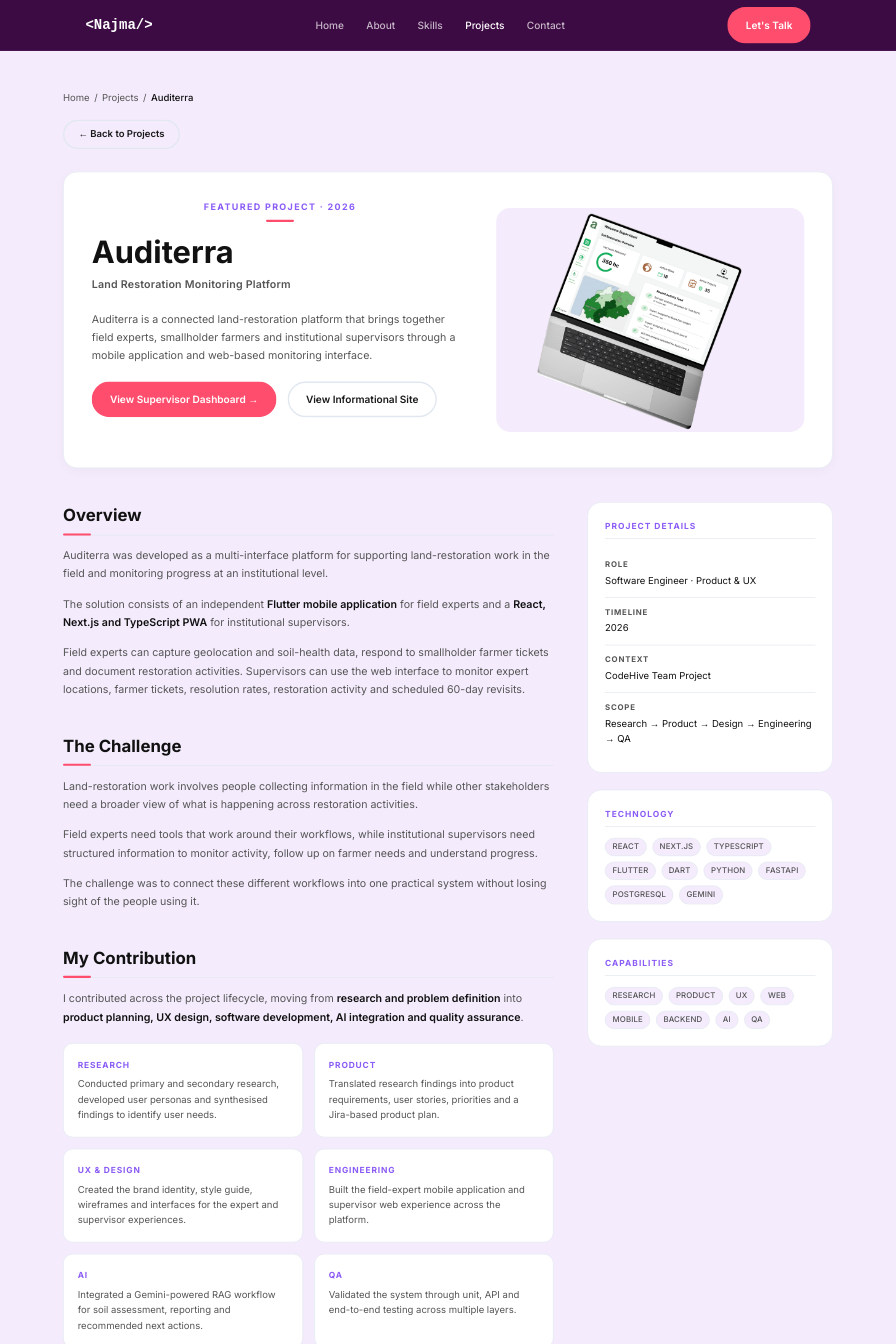
Repository: najmahares/portfolio
Page: project.html
An editor plug-in stored every save of this project. The page is shown before and after the next save, followed by the edit.
The browser window is 1280 px wide. The pictures show the part of the page from y = 0 to 1920 px (the page is 4496 px tall), at 70% of full size.

Above is the page before, as saved 2026-09-19 09:38:17.

### project.html
<!doctype html>
<html lang="en">
  <head>
    <meta charset="UTF-8" />
    <meta name="viewport" content="width=device-width, initial-scale=1.0" />

    <title>Auditerra | Najma Hares</title>

    <link rel="preconnect" href="https://fonts.googleapis.com" />
    <link rel="preconnect" href="https://fonts.gstatic.com" crossorigin />

    <link
      href="https://fonts.googleapis.com/css2?family=Inter:wght@300;400;500;600;700&display=swap"
      rel="stylesheet"
    />

    <link rel="stylesheet" href="css/style.css" />
  </head>

  <body>
    <!-- Navbar -->
    <nav class="navbar">
      <div class="container nav-container">
        <a href="index.html" class="logo">&lt;Najma/&gt;</a>

        <div class="nav-links">
          <a href="index.html">Home</a>
          <a href="index.html#about">About</a>
          <a href="index.html#skills">Skills</a>
          <a href="index.html#projects" class="active">Projects</a>
          <a href="index.html#contact">Contact</a>
        </div>

        <a href="mailto:haresnajma@gmail.com" class="btn btn-primary magnetic">
          Let's Talk
        </a>
      </div>
    </nav>

    <main class="container section">
      <!-- Breadcrumbs -->
      <div class="breadcrumbs reveal">
        <a href="index.html">Home</a> /
        <a href="index.html#projects">Projects</a> /
        <span>Auditerra</span>
      </div>

      <a href="index.html#projects" class="btn btn-outline back-btn reveal">
        ← Back to Projects
      </a>

      <!-- Project Header -->
      <header class="project-header card reveal">
        <div class="project-header-content">
          <span class="badge">FEATURED PROJECT · 2026</span>

          <h1>Auditerra</h1>

          <p class="project-subtitle">Land Restoration Monitoring Platform</p>

          <p>
            Auditerra is a connected land-restoration platform that brings
            together field experts, smallholder farmers and institutional
            supervisors through a mobile application and web-based monitoring
            interface.
          </p>

          <div class="hero-buttons">
            <a
              href="https://auditerra-34jr92d78-najmahares-projects.vercel.app/login"
              target="_blank"
              rel="noopener noreferrer"
              class="btn btn-primary magnetic"
            >
              View Supervisor Dashboard →
            </a>

            <a
              href="https://scisyncinformationalwebsite-q7egmp1cp-lavignenancys-projects.vercel.app/"
              target="_blank"
              rel="noopener noreferrer"
              class="btn btn-outline magnetic"
            >
              View Informational Site
            </a>
          </div>
        </div>

        <div
          class="project-header-img tilt-card"
          style="background-image: url(&quot;assets/Mockups.png&quot;)"
        ></div>
      </header>

      <!-- Project Body -->
      <div class="project-layout">
        <!-- Main Content -->
        <div class="project-main">
          <!-- Overview -->
          <section class="project-section reveal">
            <h2>Overview</h2>

            <p>
              Auditerra was developed as a multi-interface platform for
              supporting land-restoration work in the field and monitoring
              progress at an institutional level.
            </p>

            <p>
              The solution consists of an independent
              <strong>Flutter mobile application</strong> for field experts and
              a <strong>React, Next.js and TypeScript PWA</strong> for
              institutional supervisors.
            </p>

            <p>
              Field experts can capture geolocation and soil-health data,
              respond to smallholder farmer tickets and document restoration
              activities. Supervisors can use the web interface to monitor
              expert locations, farmer tickets, resolution rates, restoration
              activity and scheduled 60-day revisits.
            </p>
          </section>

          <!-- Challenge -->
          <section class="project-section reveal">
            <h2>The Challenge</h2>

            <p>
              Land-restoration work involves people collecting information in
              the field while other stakeholders need a broader view of what is
              happening across restoration activities.
            </p>

            <p>
              Field experts need tools that work around their workflows, while
              institutional supervisors need structured information to monitor
              activity, follow up on farmer needs and understand progress.
            </p>

            <p>
              The challenge was to connect these different workflows into one
              practical system without losing sight of the people using it.
            </p>
          </section>

          <!-- My Contribution -->
          <section class="project-section reveal">
            <h2>My Contribution</h2>

            <p>
              I contributed across the project lifecycle, moving from
              <strong>research and problem definition</strong> into
              <strong
                >product planning, UX design, software development, AI
                integration and quality assurance</strong
              >.
            </p>

            <div class="contribution-grid">
              <div class="feature-item tilt-card">
                <strong>Research</strong>
                <span>
                  Conducted primary and secondary research, developed user
                  personas and synthesised findings to identify user needs.
                </span>
              </div>

              <div class="feature-item tilt-card">
                <strong>Product</strong>
                <span>
                  Translated research findings into product requirements, user
                  stories, priorities and a Jira-based product plan.
                </span>
              </div>

              <div class="feature-item tilt-card">
                <strong>UX &amp; Design</strong>
                <span>
                  Created the brand identity, style guide, wireframes and
                  interfaces for the expert and supervisor experiences.
                </span>
              </div>

              <div class="feature-item tilt-card">
                <strong>Engineering</strong>
                <span>
                  Built the field-expert mobile application and supervisor web
                  experience across the platform.
                </span>
              </div>

              <div class="feature-item tilt-card">
                <strong>AI</strong>
                <span>
                  Integrated a Gemini-powered RAG workflow for soil assessment,
                  reporting and recommended next actions.
                </span>
              </div>

              <div class="feature-item tilt-card">
                <strong>QA</strong>
                <span>
                  Validated the system through unit, API and end-to-end testing
                  across multiple layers.
                </span>
              </div>
            </div>
          </section>

          <!-- Solution -->
          <section class="project-section reveal">
            <h2>The Solution</h2>

            <p>
              We designed Auditerra around two connected experiences. The
              <strong>field application</strong> supports experts while they
              work with farmers, collect environmental information and document
              restoration activities.
            </p>

            <p>
              The <strong>supervisor PWA</strong> provides an institutional view
              of field activity, allowing supervisors to monitor expert
              locations, farmer tickets, resolution rates, restoration
              activities and follow-up visits.
            </p>

            <p>
              Together, the interfaces create a shared workflow between
              field-level activity and institutional monitoring.
            </p>
          </section>

          <!-- AI -->
          <section class="project-section reveal">
            <h2>AI-Powered Soil Assessment</h2>

            <p>
              A key part of Auditerra is its soil-assessment workflow. The
              system combines <strong>soil measurements and images</strong>
              with curated Kenyan soil and crop information to provide
              context-aware assessments.
            </p>

            <p>
              The Gemini-powered
              <strong>retrieval-augmented generation (RAG)</strong> workflow
              uses this information to generate soil assessments, reports and
              recommended next actions rather than relying only on a model's
              general knowledge.
            </p>
          </section>

          <!-- Engineering -->
          <section class="project-section reveal">
            <h2>Engineering</h2>

            <p>
              The platform combines an independent Flutter mobile application
              with a React, Next.js and TypeScript progressive web application,
              supported by backend services and a PostgreSQL database.
            </p>

            <p>
              The architecture was designed to keep field workflows separate
              from the institutional monitoring experience while allowing the
              two interfaces to work with shared application data.
            </p>
          </section>

          <!-- QA -->
          <section class="project-section reveal">
            <h2>Quality Assurance</h2>

            <p>
              Auditerra was validated through layered testing rather than
              relying on a single testing approach.
            </p>

            <div class="features-grid">
              <div class="feature-item tilt-card">Jest Unit Testing</div>

              <div class="feature-item tilt-card">Postman API Testing</div>

              <div class="feature-item tilt-card">Cypress E2E Testing</div>

              <div class="feature-item tilt-card">Playwright E2E Testing</div>
            </div>
          </section>

          <!-- Key Features -->
          <section class="project-section reveal">
            <h2>Key Features</h2>

            <div class="features-grid">
              <div class="feature-item tilt-card">Field Data Collection</div>

              <div class="feature-item tilt-card">
                Geolocation &amp; Soil Data
              </div>

              <div class="feature-item tilt-card">Farmer Ticket Management</div>

              <div class="feature-item tilt-card">
                AI-Powered Soil Assessment
              </div>

              <div class="feature-item tilt-card">
                Restoration Activity Tracking
              </div>

              <div class="feature-item tilt-card">Supervisor Monitoring</div>

              <div class="feature-item tilt-card">
                Expert Location Visibility
              </div>

              <div class="feature-item tilt-card">
                60-Day Follow-Up Tracking
              </div>
            </div>
          </section>

          <!-- Project Artifacts -->
          <section class="project-section reveal">
            <h2>Project Artifacts</h2>

            <p>
              Explore the research, product, design, architecture and
              engineering work behind Auditerra.
            </p>

            <div class="artifact-list">
              <a
                href="https://docs.google.com/document/d/18-6IqKA9vsZqwmht3UFp0WH251Kjl0XEdilepeAH_S4/edit?usp=sharing"
                target="_blank"
                rel="noopener noreferrer"
                class="artifact-item"
              >
                <span>Research Report</span>
                <span>↗</span>
              </a>

              <a
                href="https://www.figma.com/design/DvUaZIM2Po8pyEREPgUCSq/Sci-Sync-Case-study?node-id=0-1&p=f&t=vVd5KPKo5AaSkg4l-0"
                target="_blank"
                rel="noopener noreferrer"
                class="artifact-item"
              >
                <span>Wireframes, Mockups &amp; Website Design</span>
                <span>↗</span>
              </a>

              <a
                href="https://lucid.app/lucidspark/4f756537-28a5-4ec6-93b5-b11e2f710a06/edit?viewport_loc=-175%2C-519%2C5613%2C2916%2C0_0&invitationId=inv_b287c0c7-94d1-48cf-9f38-08a14172df1b"
                target="_blank"
                rel="noopener noreferrer"
                class="artifact-item"
              >
                <span>System Architecture Diagrams</span>
                <span>↗</span>
              </a>

              <a
                href="https://scisyncinformationalwebsite-q7egmp1cp-lavignenancys-projects.vercel.app/"
                target="_blank"
                rel="noopener noreferrer"
                class="artifact-item"
              >
                <span>Informational Website</span>
                <span>↗</span>
              </a>

              <a
                href="https://docs.google.com/document/d/10QCRIdnAy6u7zeoXRN8e8O3hhto1uAkEBn7iH71kJ3Q/edit?usp=sharing"
                target="_blank"
                rel="noopener noreferrer"
                class="artifact-item"
              >
                <span>Database Schema / ERD</span>
                <span>↗</span>
              </a>

              <a
                href="https://auditerra-6a019ce5a862.herokuapp.com/"
                target="_blank"
                rel="noopener noreferrer"
                class="artifact-item"
              >
                <span>API</span>
                <span>↗</span>
              </a>

              <a
                href="https://auditerra-34jr92d78-najmahares-projects.vercel.app/login"
                target="_blank"
                rel="noopener noreferrer"
                class="artifact-item"
              >
                <span>Supervisor Dashboard</span>
                <span>↗</span>
              </a>
            </div>
          </section>
        </div>

        <!-- Sidebar -->
        <aside class="project-sidebar reveal">
          <div class="sidebar-widget tilt-card">
            <h3>Project Details</h3>

            <ul class="details-list">
              <li>
                <span>Role</span>
                Software Engineer · Product &amp; UX
              </li>

              <li>
                <span>Timeline</span>
                2026
              </li>

              <li>
                <span>Context</span>
                CodeHive Team Project
              </li>

              <li>
                <span>Scope</span>
                Research → Product → Design → Engineering → QA
              </li>
            </ul>
          </div>

          <div class="sidebar-widget tilt-card">
            <h3>Technology</h3>

            <div class="tech-stack">
              <span class="badge-sm">React</span>
              <span class="badge-sm">Next.js</span>
              <span class="badge-sm">TypeScript</span>
              <span class="badge-sm">Flutter</span>
              <span class="badge-sm">Dart</span>
              <span class="badge-sm">Python</span>
              <span class="badge-sm">FastAPI</span>
              <span class="badge-sm">PostgreSQL</span>
              <span class="badge-sm">Gemini</span>
            </div>
          </div>

          <div class="sidebar-widget tilt-card">
            <h3>Capabilities</h3>

            <div class="tech-stack">
              <span class="badge-sm">Research</span>
              <span class="badge-sm">Product</span>
              <span class="badge-sm">UX</span>
              <span class="badge-sm">Web</span>
              <span class="badge-sm">Mobile</span>
              <span class="badge-sm">Backend</span>
              <span class="badge-sm">AI</span>
              <span class="badge-sm">QA</span>
            </div>
          </div>
        </aside>
      </div>

      <!-- Project Navigation -->
      <div class="project-nav reveal">
        <a href="project.html" class="link-arrow"> ← Bloombox Kits </a>

        <a href="project.html" class="link-arrow">
          Machine Learning Project →
        </a>
      </div>
    </main>

    <!-- Footer -->
    <footer class="footer">
      <div class="container footer-bottom">
        <p>&copy; 2026 Najma Hares Muhumed. All rights reserved.</p>

        <p>Made with ❤️ by Najma</p>
      </div>
    </footer>

    <script src="js/main.js"></script>
  </body>
</html>

Loaded but not shown: js/main.js (72 lines, source omitted); css/style.css (1256 lines, source omitted)

After the next save:
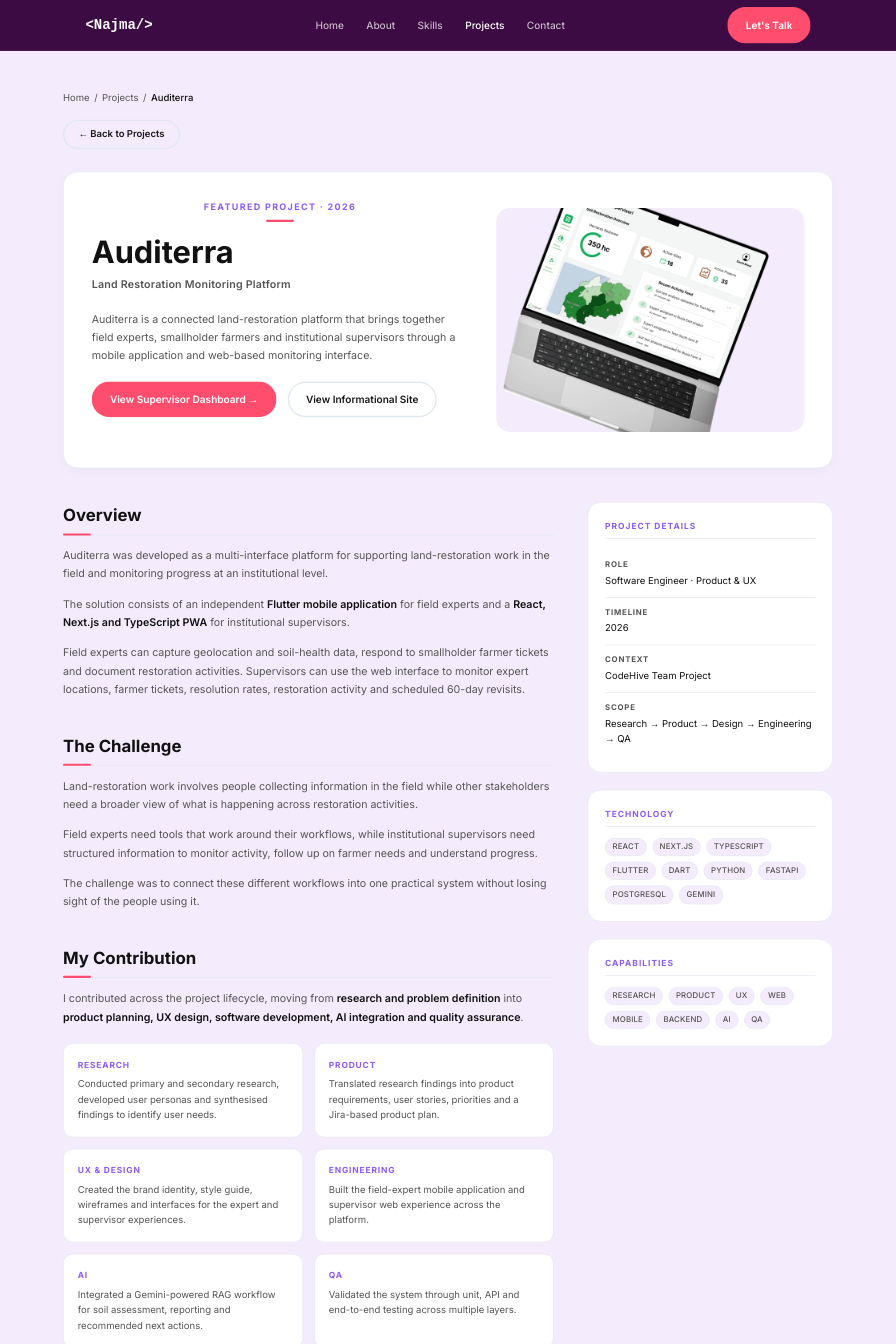
Saved 67 s later.
--- a/project.html
+++ b/project.html
@@ -88,7 +88,11 @@
 
         <div
           class="project-header-img tilt-card"
-          style="background-image: url(&quot;assets/Mockups.png&quot;)"
+          style="
+            background-image: url(&quot;assets/Mockups.png&quot;);
+            background-size: 130%;
+            background-position: center;
+          "
         ></div>
       </header>
 
